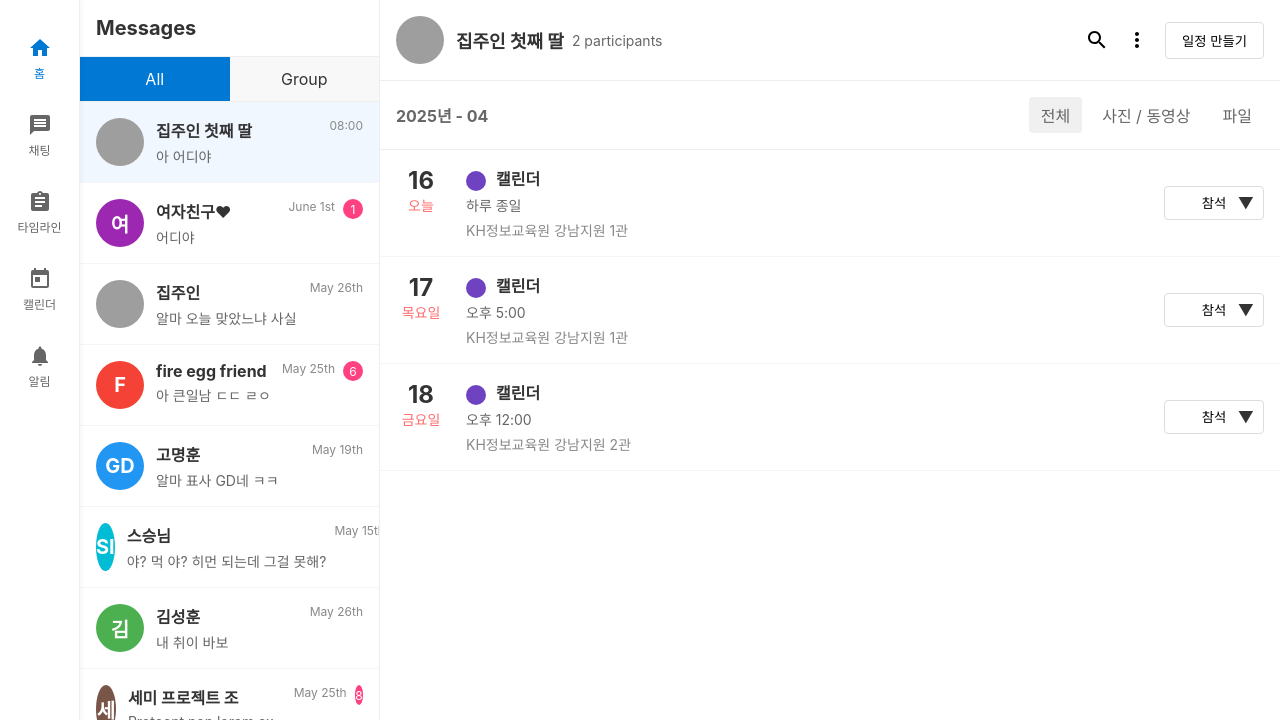
Repository: 1400CP/99_spring-test
Page: http://localhost/Test/
The author's editor kept a copy of each file at every save. The page is drawn from the files as they stood at one save, then again after the next save.
The browser window is 1280 px wide. The pictures show the whole page.
Pictures or frames that could not be fetched are drawn as grey boxes. The page is served by Tomcat 9. The template is opened directly, without the code that normally fills it, so the values that code supplies are empty.

Above is the page before, as saved 2025-04-21 08:36:56.
Console error: SyntaxError: Unexpected identifier 'action'

After the next save:
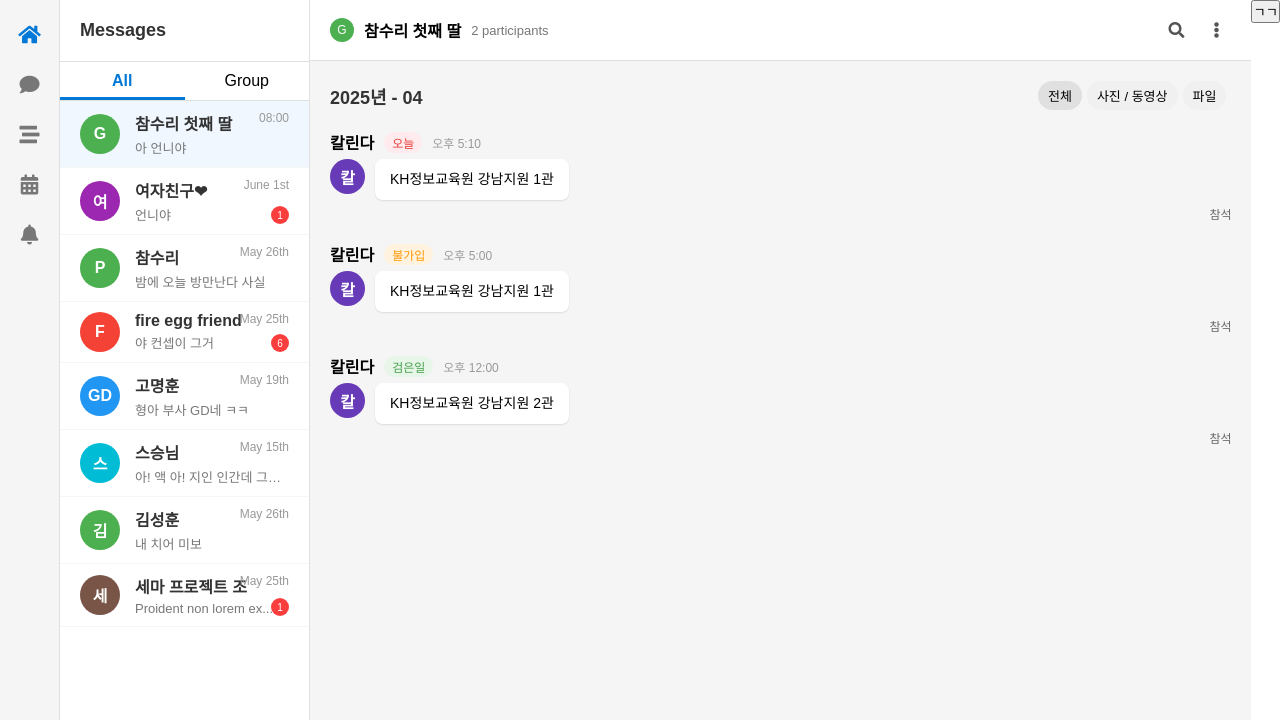
Console error: SyntaxError: missing ) after argument list
Saved 26 s later.
--- a/Test/src/main/webapp/index.jsp
+++ b/Test/src/main/webapp/index.jsp
@@ -7,7 +7,7 @@
 <title>Insert title here</title>
 </head>
 <body>
-	<jsp:include page="final_calender1.jsp" />
+	<jsp:include page="final_calendar1_1.jsp" />
 
 	<form action="earth.bo">
 		<button type=submit>ㄱㄱ</button>
